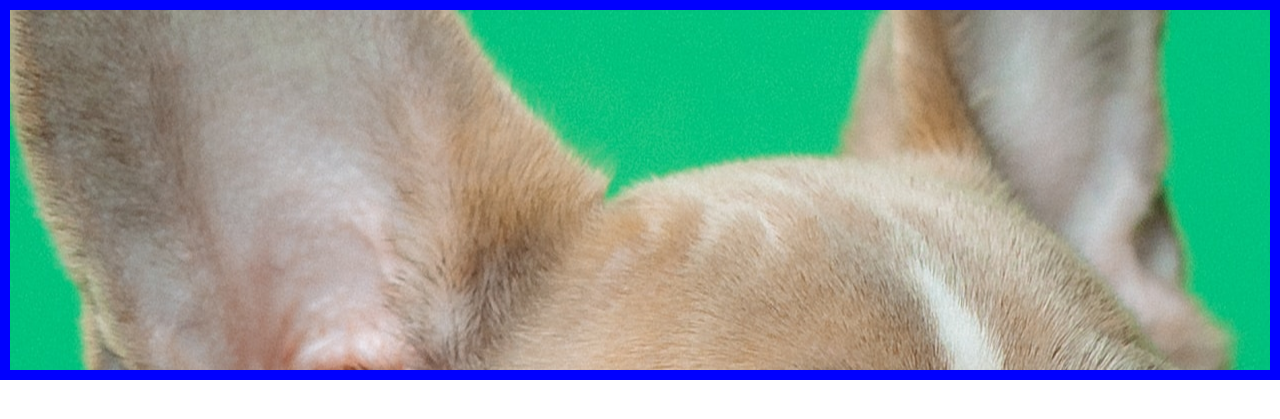
Repository: EmmanuelOyiti/Frontend_class
Page: Frontend class/index.html
An editor plug-in stored every save of this project. The page is shown before and after the next save, followed by the edit.
The browser window is 1280 px wide. The pictures show the whole page.

Above is the page before, as saved 2023-09-26 20:59:55.

After the next save:
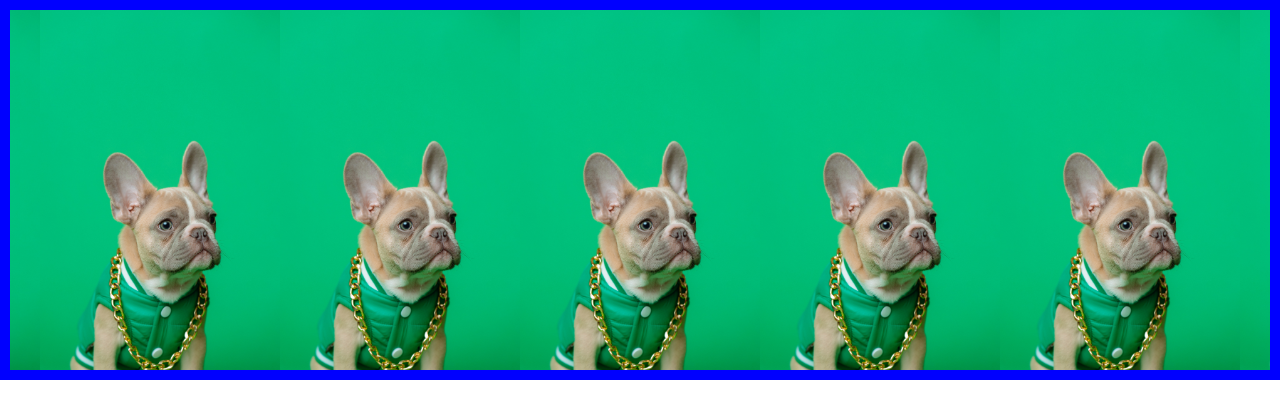
Saved 13 s later.
--- a/Frontend class/index.css
+++ b/Frontend class/index.css
@@ -7,6 +7,6 @@
     height: 50dvh;
     background-image: url('dog.jpg');
     background-position: center;
-   background-size: ;
+   background-size: contain ;
 
 }
